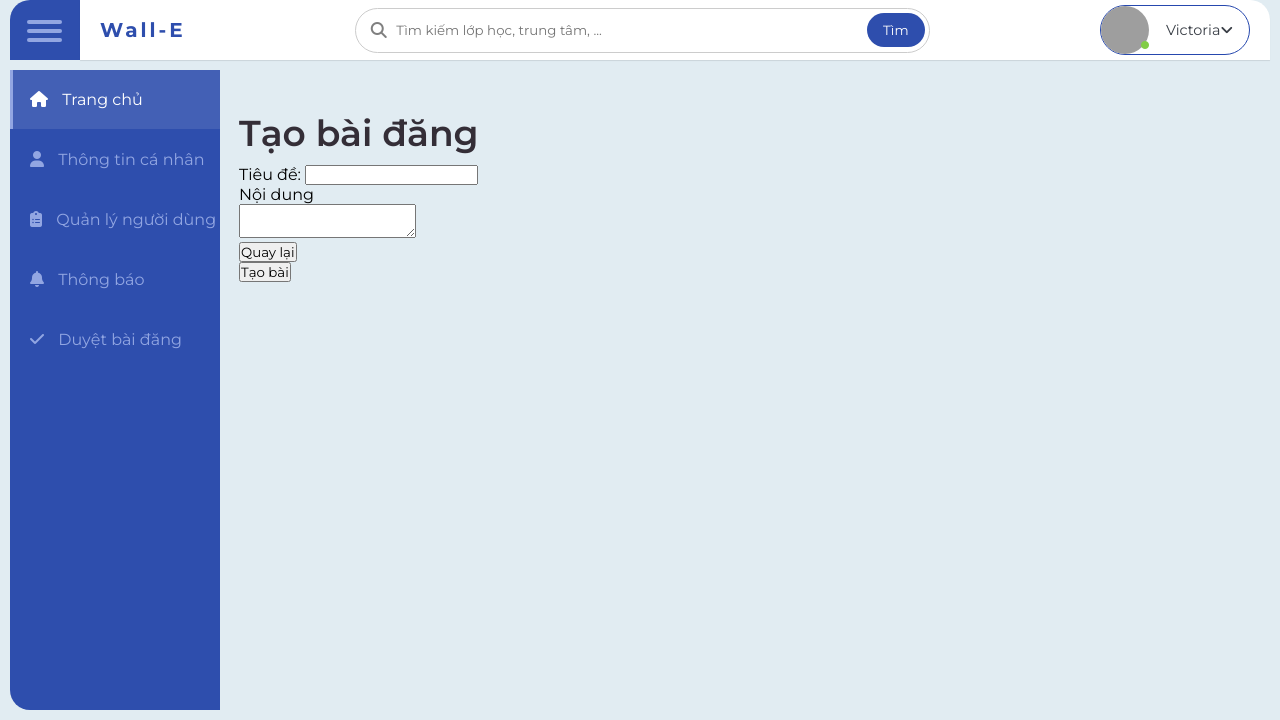
Repository: thanhnoone/SWP391
Page: http://localhost/admin-dashboard
These files come from the project's save history. The page is drawn as it stood at one moment and after the next save; the edit follows.
The browser window is 1280 px wide. The pictures show the whole page.
Pictures or frames that could not be fetched are drawn as grey boxes. Some web libraries are served in a nearby version. The page is this project's Thymeleaf template; nobody is signed in. The template is opened directly, without the code that normally fills it, so the values that code supplies are empty.

Above is the page before, as saved 2024-05-25 12:15:23.

### Thanh20032003/src/main/resources/templates/admin-dashboard.html
<!DOCTYPE html>
<html lang="en">
<head>
    <meta charset="UTF-8">
    <meta name="viewport" content="width=device-width, initial-scale=1.0">
    <title>Dashboard</title>
    <link rel="stylesheet" href="/dashboard/style.css">
    <script src="https://kit.fontawesome.com/b99e675b6e.js"></script>
    <script src="https://code.jquery.com/jquery-3.4.1.min.js"></script>
</head>
<body>
    <div class="wrapper">
        <div class="top_navbar">
            <div class="hamburger">
                <div class="one"></div>
                <div class="two"></div>
                <div class="three"></div>
            </div>
            <div class="top_menu">
                <div class="logo">Wall-E</div>
                <form class="search">
                    <i class="fa fa-search"></i>
                    <input type="text" placeholder="Tìm kiếm lớp học, trung tâm, ...">
                    <button type="submit">Tìm</button>
                </form>
                <div class="profile-dropdown">
                    <div onclick="toggle()" class="profile-dropdown-btn">
                        <div class="profile-img">
                            <i class="fas fa-circle"></i>
                        </div>
                        <span>Victoria<i class="fas fa-angle-down"></i></span>
                    </div>
                    <ul class="profile-dropdown-list">
                        <li class="profile-dropdown-list-item">
                            <a href="/accountManagement">
                                <i class="fas fa-user"></i>
                                Thông tin cá nhân
                            </a>
                        </li>
                        <li class="profile-dropdown-list-item">
                            <a href="#">
                                <i class="fas fa-bell"></i>
                                Thông báo
                            </a>
                        </li>
                        <li class="profile-dropdown-list-item">
                            <a href="/changePassword">
                                <i class="fas fa-lock"></i>
                                Đổi mật khẩu
                            </a>
                        </li>
                        <hr />
                        <li class="profile-dropdown-list-item">
                            <a href="#">
                                <i class="fas fa-sign-out-alt"></i>
                                Đăng xuất
                            </a>
                        </li>
                    </ul>
                </div>
            </div>
        </div>
        <div class="sidebar">
            <ul>
                <li>
                    <a href="/admin-dashboard" class="active">
                        <span class="icon"><i class="fas fa-home"></i></span>
                        <span class="title">Trang chủ</span>
                    </a>
                </li>
                <li>
                    <a href="/profileadmin">
                        <span class="icon"><i class="fas fa-user"></i></span>
                        <span class="title">Thông tin cá nhân</span>
                    </a>
                </li>
                <li>
                    <a href="/accountManagement">
                        <span class="icon"><i class="fas fa-clipboard-list"></i></span>
                        <span class="title">Quản lý người dùng</span>
                    </a>
                </li>
                <li>
                    <a href="/notificationDetail">
                        <span class="icon"><i class="fas fa-bell"></i></span>
                        <span class="title">Thông báo</span>
                    </a>
                </li>
                <li>
                    <a href="/approveManagement">
                        <span class="icon"><i class="fas fa-check"></i></span>
                        <span class="title">Duyệt bài đăng</span>
                    </a>
                </li>
            </ul>
        </div>
        <div class="main_container">
            <section id="content">
                <main>
                    <div class="head-title">
                        <div class="left">
                            <h1>Tạo bài đăng</h1>
                        </div>
                    </div>
                    <div class="notification">
                        <div class="email-head">
                            <span>Tiêu đề: </span> <input required type="text" class="detail" />
                        </div>
                        <div class="email-detail">
                            <div class="">Nội dung</div>
                            <textarea id="story" name="story"></textarea>
                        </div>
                        <div class="btn-group">
                            <button href="/approveManagement" id="btn-back">Quay lại</button>
                            <div class="btn-approve">
                                <button id="btn-deny">Tạo bài</button>
                            </div>
                        </div>
                    </div>
                </main>
            </section>
        </div>
    </div>
    <script src="/static/dashboard/script.js"></script>
</body>
</html>

### Thanh20032003/src/main/resources/static/dashboard/style.css

@import url('https://fonts.googleapis.com/css?family=Montserrat:400,600,700&display=swap');

* {
  margin: 0;
  padding: 0;
  list-style: none;
  text-decoration: none;
  box-sizing: border-box;
  font-family: 'Montserrat', sans-serif;
}

body {
  background: #e1ecf2;
  overflow-y: hidden;
}

.wrapper .top_navbar {
  width: calc(100% - 20px);
  height: 60px;
  display: flex;
  position: fixed;
  top: 0px;
  right: 10px !important;
}

.wrapper .top_navbar .hamburger {
  width: 70px;
  height: 100%;
  background: #2e4ead;
  padding: 15px 17px;
  border-top-left-radius: 20px;
  cursor: pointer;
}

.wrapper .top_navbar .hamburger div {
  width: 35px;
  height: 4px;
  background: #92a6e2;
  margin: 5px 0;
  border-radius: 5px;
}

.wrapper .top_navbar .top_menu {
  width: calc(100% - 70px);
  height: 100%;
  background: #fff;
  border-top-right-radius: 20px;
  display: flex;
  justify-content: space-between;
  align-items: center;
  padding: 0 20px;
  box-shadow: 0 1px 1px rgba(0, 0, 0, 0.1);
}

.wrapper .top_navbar .top_menu .logo {
  color: #2e4ead;
  font-size: 20px;
  font-weight: 700;
  letter-spacing: 3px;
}

/* Start Search */
.search {
  display: flex;
  border: 1px solid #ccc;
  width: 50%;
  height: 45px;
  background: #fff;
  border-radius: 3rem;
  display: flex;
  align-items: center;
  padding: .3rem;
}

.search i {
  color: rgba(0, 0, 0, .5);
  margin: 0 .6rem;
}

.search input {
  width: 100%;
  height: 100%;
  background: transparent;
  border: none;
  outline: none;
  font-weight: 400;
}

.search button {
  height: 100%;
  padding: 0 1rem;
  border-radius: inherit;
  background: #2e4ead;
  border: none;
  outline: none;
  color: #fff;
  font-weight: 400;
  cursor: pointer;
}

.search button:hover {
  background: #2648ae;
}

/* End Search */
/* Start drop down */
.profile-dropdown {
  position: relative;
  width: fit-content;
}

.profile-dropdown-btn {
  display: flex;
  align-items: center;
  justify-content: space-between;
  padding-right: 1rem;
  font-size: 0.9rem;
  font-weight: 500;
  width: 150px;
  border-radius: 50px;
  color: #393e46;
  /* background-color: white;
box-shadow: var(--shadow); */

  cursor: pointer;
  border: 1px solid #2648ae;
  transition: box-shadow 0.2s ease-in, background-color 0.2s ease-in,
    border 0.3s;
}

.profile-dropdown-btn:hover {
  background-color: rgb(127, 183, 126, 0.1);
  box-shadow: 0px 2px 8px 0px rgba(40, 60, 147, 0.2);
}

.profile-img {
  position: relative;
  width: 3rem;
  height: 3rem;
  border-radius: 50%;
  background: url(../../../images/profile-pic.jpg);
  background-size: cover;
}

.profile-img i {
  position: absolute;
  right: 0;
  bottom: 0.3rem;
  font-size: 0.5rem;
  color: #82cd47;
}

.profile-dropdown-btn span {
  margin: 0 0.5rem;
  margin-right: 0;
}

.profile-dropdown-list {
  position: absolute;
  top: 68px;
  width: 220px;
  right: 0;
  background-color: #fff;
  border-radius: 10px;
  max-height: 0;
  overflow: hidden;
  box-shadow: 0px 2px 8px 0px rgb(34, 124, 112, 0.2);
  transition: max-height 0.5s;
}

.profile-dropdown-list hr {
  border: 0.5px solid #2648ae;
}

.profile-dropdown-list.active {
  max-height: 500px;
}

.profile-dropdown-list-item {
  padding: 0.5rem 0rem 0.5rem 1rem;
  transition: background-color 0.2s ease-in, padding-left 0.2s;
}

.profile-dropdown-list-item a {
  display: flex;
  align-items: center;
  text-decoration: none;
  font-size: 0.9rem;
  font-weight: 500;
  color: #2648ae;
}

.profile-dropdown-list-item a i {
  margin-right: 0.8rem;
  font-size: 1.1rem;
  width: 2.3rem;
  height: 2.3rem;
  background-color: #2648ae;
  color: #fff;
  line-height: 2.3rem;
  text-align: center;
  margin-right: 1rem;
  border-radius: 50%;
  transition: margin-right 0.3s;
}

.profile-dropdown-list-item:hover {
  padding-left: 1.5rem;
  background-color: rgba(40, 60, 147, 0.2);
}

/* End drop down */



.wrapper .sidebar {
  position: fixed;
  top: 70px;
  left: 10px;
  background: #2e4ead;
  width: 210px;
  height: calc(100% - 80px);
  border-bottom-left-radius: 20px;
  transition: all 0.3s ease;
}

.wrapper .sidebar ul li a {
  display: block;
  padding: 20px;
  color: #fff;
  position: relative;
  margin-bottom: 1px;
  color: #92a6e2;
  white-space: nowrap;
}

.wrapper .sidebar ul li a:before {
  content: "";
  position: absolute;
  top: 0;
  left: 0;
  width: 3px;
  height: 100%;
  background: #92a6e2;
  display: none;
}

.wrapper .sidebar ul li a span.icon {
  margin-right: 10px;
  display: inline-block;
}

.wrapper .sidebar ul li a span.title {
  display: inline-block;
}

.wrapper .sidebar ul li a:hover,
.wrapper .sidebar ul li a.active {
  background: #4360b5;
  color: #fff;
}

.wrapper .sidebar ul li a:hover:before,
.wrapper .sidebar ul li a.active:before {
  display: block;
}

.wrapper .main_container {
  width: (100% - 200px);
  margin-top: 70px;
  margin-left: 200px;
  padding: 15px;
  transition: all 0.3s ease;
}

.wrapper .main_container .item {
  background: #fff;
  margin-bottom: 10px;
  padding: 15px;
  font-size: 14px;
  line-height: 22px;
}

.wrapper.collapse .sidebar {
  width: 70px;
}

.wrapper.collapse .sidebar ul li a {
  text-align: center;
}

.wrapper.collapse .sidebar ul li a span.icon {
  margin: 0;
}

.wrapper.collapse .sidebar ul li a span.title {
  display: none;
}

.wrapper.collapse .main_container {
  width: (100% - 70px);
  margin-left: 70px;
}

/* CONTENT */
#content {
	width: 100%;
	transition: .3s ease;
}
#sidebar.hide ~ #content {
	width: calc(100% - 60px);
	left: 60px;
}




/* NAVBAR */
#content nav {
	height: 56px;
	background: #F9F9F9;
	padding: 0 24px;
	display: flex;
	align-items: center;
	grid-gap: 24px;
	font-family: 'Lato', sans-serif;
	position: sticky;
	top: 0;
	left: 0;
	z-index: 1000;
}
#content nav::before {
	content: '';
	position: absolute;
	width: 40px;
	height: 40px;
	bottom: -40px;
	left: 0;
	border-radius: 50%;
	box-shadow: -20px -20px 0 #F9F9F9;
}
#content nav a {
	color: #342E37;
}




#content nav .profile img {
	width: 36px;
	height: 36px;
	object-fit: cover;
	border-radius: 50%;
}
#content nav .switch-mode {
	display: block;
	min-width: 50px;
	height: 25px;
	border-radius: 25px;
	background:  #eee;
	cursor: pointer;
	position: relative;
}
#content nav .switch-mode::before {
	content: '';
	position: absolute;
	top: 2px;
	left: 2px;
	bottom: 2px;
	width: calc(25px - 4px);
	background: #3C91E6;
	border-radius: 50%;
	transition: all .3s ease;
}
#content nav #switch-mode:checked + .switch-mode::before {
	left: calc(100% - (25px - 4px) - 2px);
}
/* NAVBAR */





/* MAIN */
#content{
  margin-top: 1rem;
}
#content main {
	width: 100%;
	padding: 10px 24px;
	font-family:'Poppins', sans-serif;
	max-height: calc(100vh - 56px);
	overflow-y: auto;
}
#content main .head-title {
	display: flex;
	align-items: center;
	justify-content: space-between;
	grid-gap: 16px;
	flex-wrap: wrap;
}
#content main .head-title .left h1 {
	font-size: 36px;
	font-weight: 600;
	margin-bottom: 10px;
	color: #342E37;
}


#content main .box-info {
	display: grid;
	grid-template-columns: repeat(auto-fit, minmax(240px, 1fr));
	grid-gap: 24px;
	margin-top: 36px;
}
#content main .box-info li {
	padding: 24px;
	background: #F9F9F9;
	border-radius: 20px;
	display: flex;
	align-items: center;
	grid-gap: 24px;
}
#content main .box-info li .bx {
	width: 80px;
	height: 80px;
	border-radius: 10px;
	font-size: 36px;
	display: flex;
	justify-content: center;
	align-items: center;
}

#content main .box-info li:nth-child(1) .bx {
	background: #CFE8FF;
	color:#3C91E6;
}
#content main .box-info li:nth-child(2) .bx {
	background: #FFF2C6;
	color: #FFCE26;
}
#content main .box-info li:nth-child(3) .bx {
	background: #FFE0D3;
	color: #FD7238;
}

#content main .box-info li .text h3 {
	font-size: 24px;
	font-weight: 600;
	color: #342E37;
}
#content main .box-info li .text p {
	color: #342E37;
}





#content main .table-data {
	display: flex;
	flex-wrap: wrap;
	grid-gap: 24px;
	margin-top: 24px;
	width: 100%;
	color: #342E37;
}
#content main .table-data > div {
	border-radius: 20px;
	background: #F9F9F9;
	padding: 24px;
	overflow-x: auto;
}
#content main .table-data .head {
	display: flex;
	align-items: center;
	grid-gap: 16px;
	margin-bottom: 24px;
}
#content main .table-data .head h3 {
	margin-right: auto;
	font-size: 24px;
	font-weight: 600;
}
#content main .table-data .head .bx {
	cursor: pointer;
}

#content main .table-data .order {
	flex-grow: 1;
	flex-basis: 500px;
}
#content main .table-data .order table {
	width: 100%;
	border-collapse: collapse;
}
#content main .table-data .order table th {
	padding-bottom: 12px;
	font-size: 13px;
	text-align: left;
	border-bottom: 1px solid  #eee;
}
#content main .table-data .order table td {
	padding: 16px 0;
}



#content main .table-data .order table tr td:first-child {
	display: flex;
	align-items: center;
	grid-gap: 12px;
	padding-left: 6px;
}
#content main .table-data .order table td img {
	width: 36px;
	height: 36px;
	border-radius: 50%;
	object-fit: cover;
}
#content main .table-data .order table tbody tr:hover {
	background:  #eee;
}
#content main .table-data .order table tr td .status {
	font-size: 14px;
	padding: 6px 16px;
	color: #F9F9F9;
	border-radius: 20px;
	font-weight: 600;
}
#content main .table-data .order table tr td .status.completed {
	background: #2e4ead;
}



#content main .table-data .todo {
	flex-grow: 1;
	flex-basis: 300px;
}
#content main .table-data .todo .todo-list {
	width: 100%;
}
#content main .table-data .todo .todo-list li {
	width: 100%;
	margin-bottom: 16px;
	background:  #eee;
	border-radius: 10px;
	padding: 14px 20px;
	display: flex;
	justify-content: space-between;
	align-items: center;
}
#content main .table-data .todo .todo-list li .bx {
	cursor: pointer;
}
#content main .table-data .todo .todo-list li.completed {
	border-left: 10px solid #3C91E6;
}
#content main .table-data .todo .todo-list li.not-completed {
	border-left: 10px solid #FD7238;
}
#content main .table-data .todo .todo-list li:last-child {
	margin-bottom: 0;
}
/* MAIN */
/* CONTENT */

### Thanh20032003/src/main/resources/static/dashboard/script.js
// Start: Drop down ava
let profileDropdownList = document.querySelector(".profile-dropdown-list");
let btn = document.querySelector(".profile-dropdown-btn");

let classList = profileDropdownList.classList;

const toggle = () => classList.toggle("active");

window.addEventListener("click", function (e) {
  if (!btn.contains(e.target)) classList.remove("active");
});
// End: Drop down ava

// Start: Hamburger
$(document).ready(function () {
  $(".hamburger").click(function () {
    $(".wrapper").toggleClass("collapse");
  });
});
// End: Hamburger

After the next save:
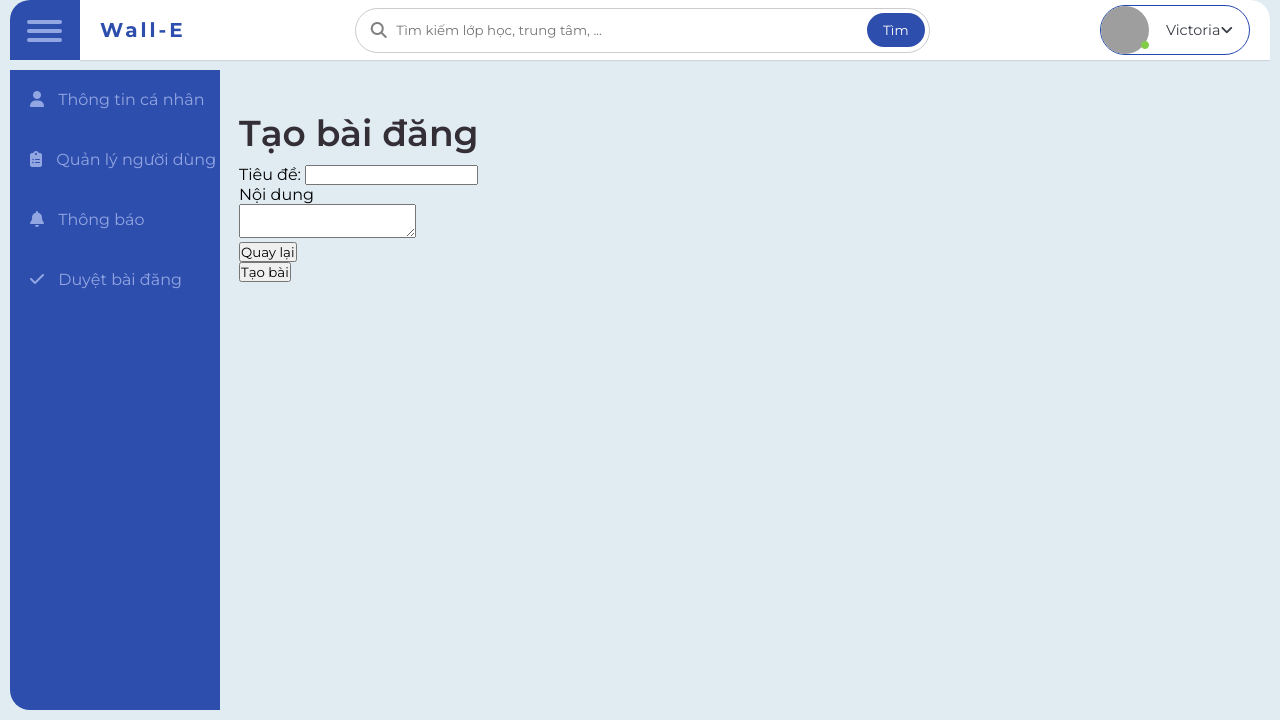
Saved 7 min 51 s later.
--- a/Thanh20032003/src/main/resources/templates/admin-dashboard.html
+++ b/Thanh20032003/src/main/resources/templates/admin-dashboard.html
@@ -62,12 +62,7 @@
         </div>
         <div class="sidebar">
             <ul>
-                <li>
-                    <a href="/admin-dashboard" class="active">
-                        <span class="icon"><i class="fas fa-home"></i></span>
-                        <span class="title">Trang chủ</span>
-                    </a>
-                </li>
+
                 <li>
                     <a href="/profileadmin">
                         <span class="icon"><i class="fas fa-user"></i></span>

After the save that followed:
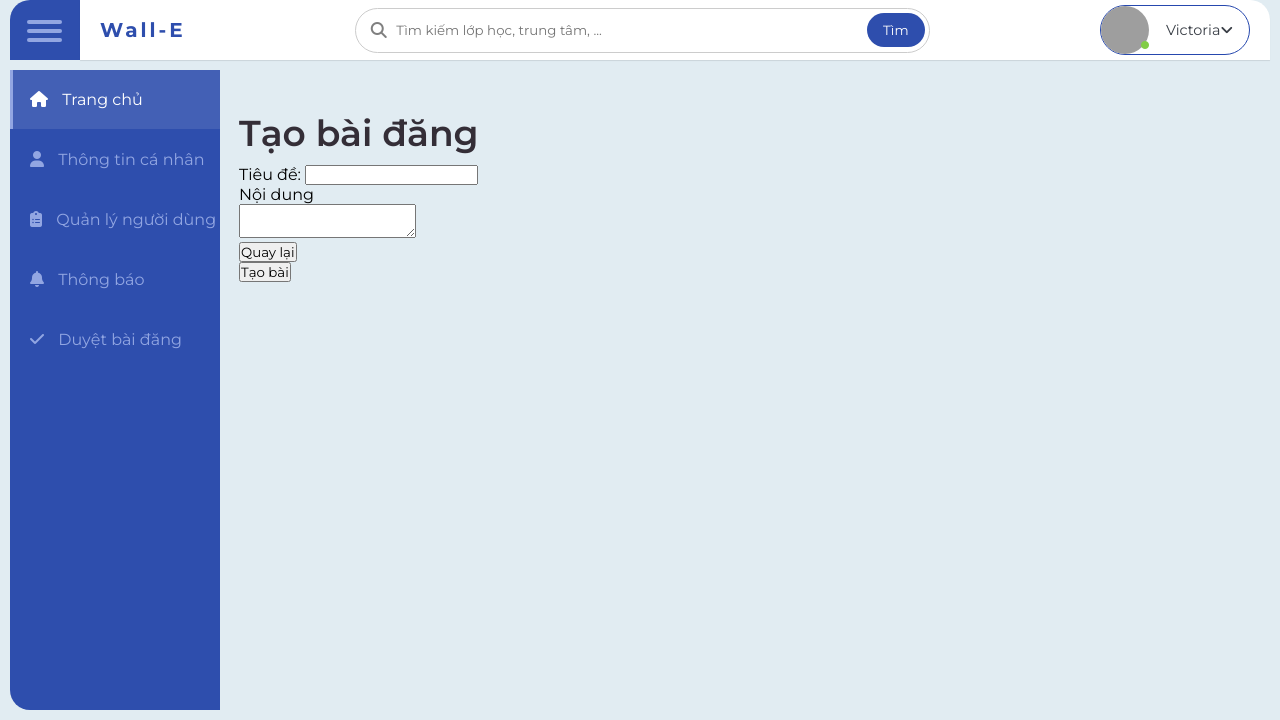
Saved 26 s later.
--- a/Thanh20032003/src/main/resources/templates/admin-dashboard.html
+++ b/Thanh20032003/src/main/resources/templates/admin-dashboard.html
@@ -62,7 +62,12 @@
         </div>
         <div class="sidebar">
             <ul>
-
+                <li>
+                    <a href="/admin-dashboard" class="active">
+                        <span class="icon"><i class="fas fa-home"></i></span>
+                        <span class="title">Trang chủ</span>
+                    </a>
+                </li>
                 <li>
                     <a href="/profileadmin">
                         <span class="icon"><i class="fas fa-user"></i></span>
